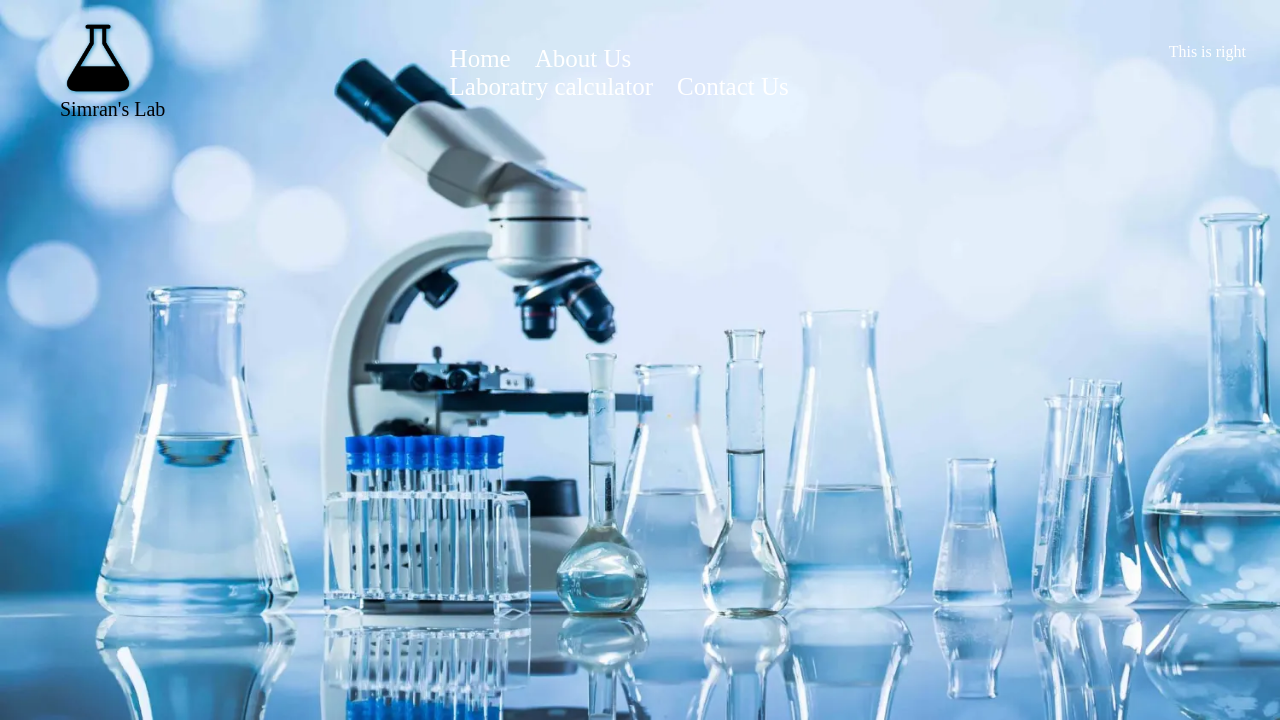
Repository: raisingh22/Simranlearning
Page: html css java/website/index.html
The author's editor kept a copy of each file at every save. The page is drawn from the files as they stood at one save, then again after the next save.
The browser window is 1280 px wide. The pictures show the whole page.

Above is the page before, as saved 2024-01-01 18:38:01.

### html css java/website/index.html
<!DOCTYPE html>
<html lang="en">
<head>
    <meta charset="UTF-8">
    <meta name="viewport" content="width=device-width, initial-scale=1.0">
    <title>Simran's Lab</title>
</head>
<link rel="stylesheet" href="css/style.css">
<style>
    body {
        /* font-family: Impact, Haettenschweiler, 'Arial Narrow Bold', sans-serif; */
        color : white;
        padding: 0px;
        margin: 0px;
        background: url('img/bg2.webp');
        background-size:     cover;
        background-repeat:   no-repeat;
        }
    .left {
        display: inline-block;
        position: absolute;
        left: 60px;
        top: 20px;
        /* background-color: rgba(250, 235, 215, 0.943); */
        /* border: 2px solid #dad5d573; */
    }
    .left img{
        width: 76px;
        /* box-shadow: 10px 10px 20px rgb(167, 39, 39); */
        filter: drop-shadow(1px 1px 2px rgb(29, 144, 197));
        /* filter: invert(100%); */
    }
    .left div {
        line-height: 19px;
        font-size: 20px;
        color: black;
        text-align: center;
    }
    .mid{
        display: block;
        width: 36%;
        margin: 29px auto;
        /* border: 2px solid #427e56; */
        /* background-color: #b7b1b164; */
    }
    .right {
        position: absolute;
        right: 34px;
        top: 43px;
        display: inline-block;
        /* border: 2px solid #f058ed; */

    }
    .navbar{
        display: inline-block;
        /* padding: 0px 25px; */
    }
    .navbar li{
        display: inline-block;
        font-size: 25px;
        margin-right: 20px;
        /* border: 1px solid rgb(214, 161, 161); */
    }
    .navbar li a{
        color: white;
        text-decoration: none;
        /* padding: 5px 10px; */
        /* margin: ; */
        /* background-color: rgba(0, 0, 0, 0.607); */
    }
    .navbar li a:hover, .navbar li a.active{
        text-decoration: underline;
        color: grey;
    }

</style>
<body>
    <header class="header">
        <div class="left">
            <img src="img/logo2.png" alt="">
            <div>Simran's Lab</div>
        </div>
        <div class="mid">
            <ul class="navbar">
                <li><a href="#">Home</a></li>
                <li><a href="#">About Us</a></li>
                <li><a href="#">Laboratry calculator</a></li>
                <li><a href="#">Contact Us</a></li>
            </ul>

        </div>
        <div class="right">
            This is right

        </div>
    </header>

</body>
</html>

Loaded but not shown: html css java/website/css/style.css (no stored copy; drawn as an empty file)

After the next save:
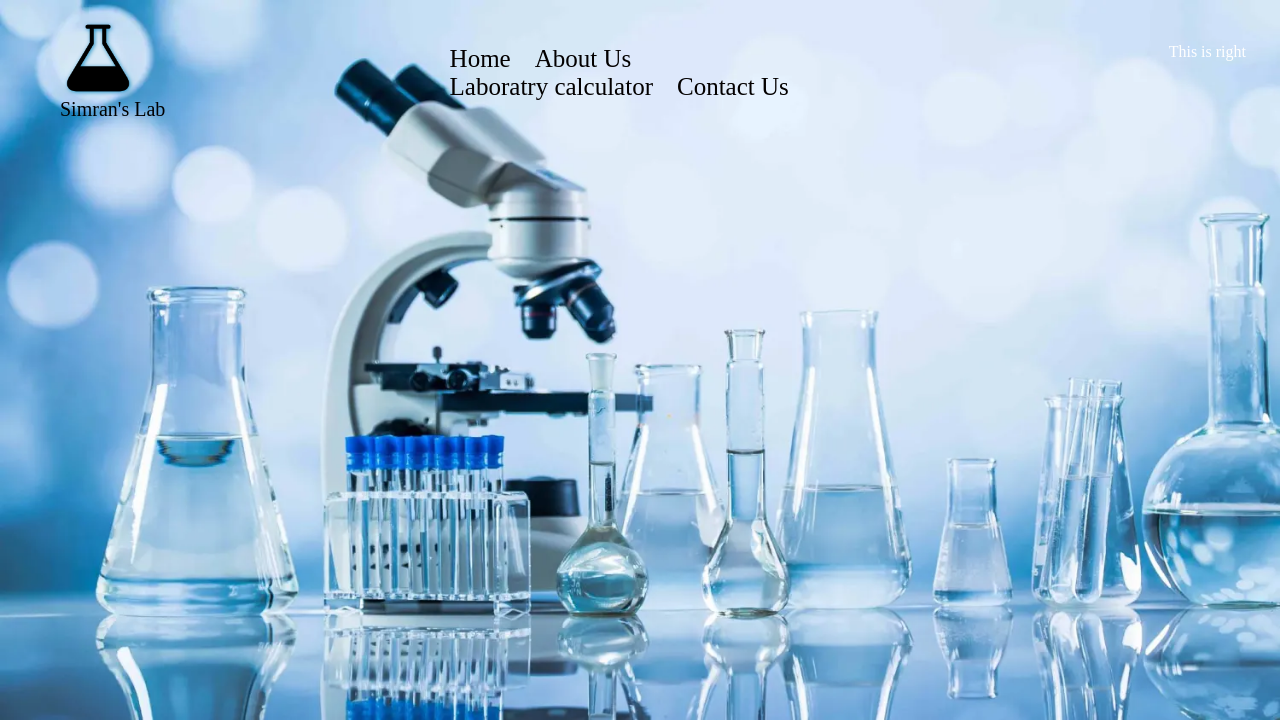
Saved 19 s later.
--- a/html css java/website/index.html
+++ b/html css java/website/index.html
@@ -62,7 +62,7 @@
         /* border: 1px solid rgb(214, 161, 161); */
     }
     .navbar li a{
-        color: white;
+        color: rgb(3, 0, 0);
         text-decoration: none;
         /* padding: 5px 10px; */
         /* margin: ; */
